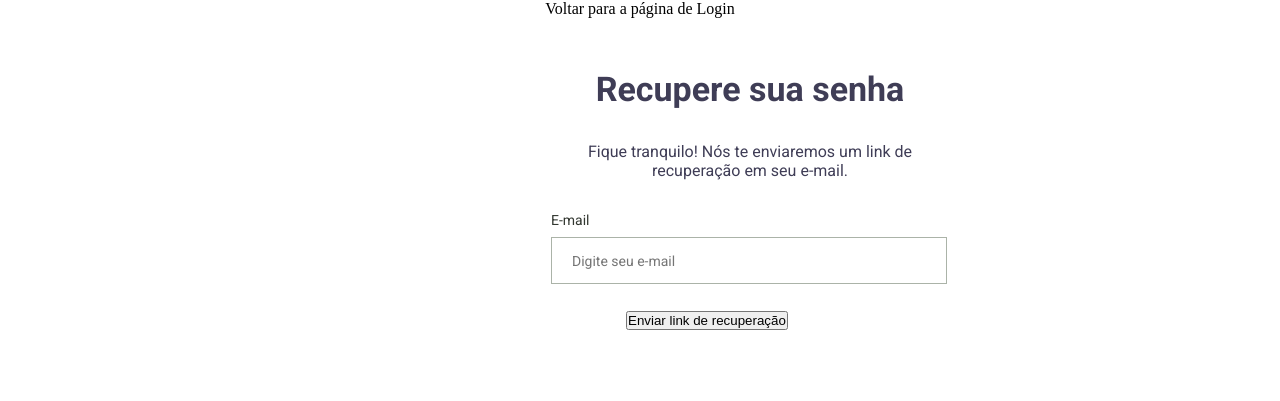
Repository: RenatoCCS/formularios
Page: senha.html
These files come from the project's save history. The page is drawn as it stood at one moment and after the next save; the edit follows.
The browser window is 1280 px wide. The pictures show the whole page.

Above is the page before, as saved 2023-03-27 21:47:38.

### senha.html
<!DOCTYPE html>
<html lang="pt-br">
  <head>
    <meta charset="UTF-8" />
    <meta http-equiv="X-UA-Compatible" content="IE=edge" />
    <meta name="viewport" content="width=device-width, initial-scale=1.0" />
    <link rel="stylesheet" href="style.css" />
    <title>Recupere sua senha</title>
  </head>
  <body class="container">
    <form action="" class="form__Login">
      <div class="form__Senha__Titulo">
        <h1>Recupere sua senha</h1>
      </div>

      <div class="senha__Frase">
        <p>
          Fique tranquilo! Nós te enviaremos um link de recuperação em seu
          e-mail.
        </p>
      </div>

      <div class="senha__Email">
        <label class="senha__Email__Titulo" for="email">E-mail</label>

        <input
          class="senha__Email__Campo"
          id="email"
          type="email"
          name="email"
          placeholder="Digite seu e-mail"
        />
      </div>

      <div class="senha__Botao__Titulo">
        <button class="senha__Botao__Campo" type="submit">
          Enviar link de recuperação
        </button>
      </div>

      <div>
        <p>Voltar para a página de Login</p>
      </div>
    </form>
  </body>
</html>

### style.css
@import url('https://fonts.googleapis.com/css2?family= Roboto :wght@400;500;700 & display=swap');

* {
  margin: 0;
  padding: 0;
}

:root {
  --primeira-cor: #3f3d56;
  --segunda-cor: #323730;
  --terceira-cor: #abb3a8;
  --quarta-cor: #ffffff;
  --quinta-cor: #3f3f40;
  --sexta-cor: #da2a41;

  --fonte-primaria: 'Roboto', sans-serif;
}

.container {
  display: flex;
  justify-content: center;
}

.form__Cadastro__Titulo {
  position: absolute;
  width: 302px;
  height: 43px;
  left: 569px;
  top: 68px;
  color: var(--primeira-cor);
  font-family: var(--fonte-primaria);
  font-style: normal;
  font-weight: 700;
  font-size: 17px; /*o indicado é 37px, mas se manter quebra a linha*/
  line-height: 43px;
  text-align: center;
}

.nome__Cadastro {
  position: absolute;
  width: 396px;
  height: 69px;
  top: 139px;
  left: 522px;
}

.nome__Cadastro__Nomecompleto {
  position: absolute;
  width: 100px;
  height: 24px;
  top: -6px;
  left: 0px;
  color: var(--segunda-cor);
  font-family: var(--fonte-primaria);
  font-style: normal;
  font-weight: 400;
  font-size: 14px;
  line-height: 24px;
}

.nome__Cadastro__Campo {
  position: absolute;
  width: 163px;
  height: 24px;
  top: 34px;
  left: 14px;
  color: var(--terceira-cor);
  font-family: var(--fonte-primaria);
  font-style: normal;
  font-weight: 400;
  font-size: 14px;
  line-height: 24px;
  padding: 12px 219px 11px 14px;
}

.nome__Cadastro__Campo {
  box-sizing: border-box;
  border: 1px solid;
  position: absolute;
  width: 396px;
  height: 47px;
  top: 22px;
  left: 0%;
  right: 0%;
  top: 31.88%;
  bottom: 0%;
  color: var(--terceira-cor);
  background-color: var(--quarta-cor);
}

.data__Cadastro {
  position: absolute;
  width: 170px;
  height: 74px;
  left: 522px;
  top: 232px;
}

.data__Cadastro__Nascimento {
  position: absolute;
  width: 127px;
  height: 18px;
  top: -2px;
  left: 0px;
  color: var(--quinta-cor);
  font-family: var(--fonte-primaria);
  font-style: normal;
  font-weight: 400;
  font-size: 14px;
  line-height: 24px;
  display: flex;
  align-items: center;
}

.data__Cadastro__Calendario {
  position: absolute;
  width: 83px;
  height: 24px;
  top: 12px;
  left: 14px;
  color: var(--terceira-cor);
  font-family: var(--fonte-primaria);
  font-style: normal;
  font-weight: 400;
  font-size: 14px;
  line-height: 24px;
  display: flex;
  align-items: center;
  padding: 12px 0px 11px 14px;
}

.data__Cadastro__Calendario {
  box-sizing: border-box;
  border: 1px solid;
  position: absolute;
  width: 170px;
  height: 47px;
  top: 22px;
  left: 0%;
  right: 0%;
  top: 31.88%;
  bottom: 0%;
  color: var(--terceira-cor);
  background-color: var(--quarta-cor);
}

.pais__Cadastro {
  position: absolute;
  width: 208px;
  height: 69px;
  top: 230px;
  left: 710px;
}

.pais__Cadastro__Pais {
  position: absolute;
  width: 34px;
  height: 15px;
  top: -2px;
  left: 0px;
  color: var(--segunda-cor);
  font-family: var(--fonte-primaria);
  font-style: normal;
  font-weight: 400;
  font-size: 14px;
  line-height: 24px;
}

.pais__Cadastro__Vermelho {
  position: absolute;
  width: 34px;
  height: 15px;
  top: -2px;
  left: 30px;
  color: var(--sexta-cor);
  font-family: var(--fonte-primaria);
  font-style: normal;
  font-weight: 400;
  font-size: 14px;
  line-height: 24px;
}

.pais__Cadastro__Campo {
  position: absolute;
  width: 66px;
  height: 24px;
  top: 34px;
  left: 14px;
  color: var(--terceira-cor);
  font-family: var(--fonte-primaria);
  font-style: normal;
  font-weight: 400;
  font-size: 14px;
  line-height: 24px;
  padding: 12px 11px 14px;
}

.pais__Cadastro__Campo {
  box-sizing: border-box;
  border: 1px solid;
  position: absolute;
  width: 208px;
  height: 47px;
  top: 24px;
  left: 0%;
  right: 0%;
  top: 31, 88%;
  bottom: 0%;
  color: var(--terceira-cor);
  background-color: var(--quarta-cor);
}

.pais__Cadastro__Campo option {
  position: absolute;
  color: var(--segunda-cor);
  font-family: var(--fonte-primaria);
  font-style: normal;
  font-weight: 400;
  font-size: 14px;
  line-height: 16px;
}

.pais__Cadastro__Seta {
  position: absolute;
  width: 12px;
  height: 6px;
  top: 45px;
  left: 193px;
}

.genero__Cadastro {
  position: absolute;
  width: 386px;
  height: 50px;
  top: 328px;
  left: 522px;
}

.genero__Cadastro__Titulo {
  position: absolute;
  width: 49px;
  height: 24px;
  top: -2px;
  left: 0px;
  color: var(--segunda-cor);
  font-family: var(--fonte-primaria);
  font-style: normal;
  font-weight: 400;
  font-size: 14px;
  line-height: 24px;
}

.genero__Cadastro__Botao1 {
  position: absolute;
  box-sizing: border-box;
  width: 18px;
  height: 18px;
  top: 32px;
  left: 0px;
}

.genero__Cadastro__Feminino {
  position: absolute;
  width: 58px;
  height: 16px;
  top: 32px;
  left: 24px;
  color: var(--segunda-cor);
  font-family: var(--fonte-primaria);
  font-style: normal;
  font-weight: 400;
  font-size: 14px;
  line-height: 16px;
}

.genero__Cadastro__Botao2 {
  position: absolute;
  box-sizing: border-box;
  width: 18px;
  height: 18px;
  top: 32px;
  left: 137px;
}

.genero__Cadastro__Masculino {
  position: absolute;
  width: 65px;
  height: 16px;
  top: 32px;
  left: 161px;
  color: var(--segunda-cor);
  font-family: var(--fonte-primaria);
  font-style: normal;
  font-weight: 400;
  font-size: 14px;
  line-height: 16px;
}

.genero__Cadastro__Botao3 {
  position: absolute;
  box-sizing: border-box;
  width: 18px;
  height: 18px;
  top: 32px;
  left: 282px;
}

.genero__Cadastro__Naodeclarar {
  position: absolute;
  width: 81px;
  height: 16px;
  top: 32px;
  left: 306px;
  color: var(--segunda-cor);
  font-family: var(--fonte-primaria);
  font-style: normal;
  font-weight: 400;
  font-size: 14px;
  line-height: 16px;
}

.email__Cadastro {
  position: absolute;
  width: 396px;
  height: 69px;
  top: 406px;
  left: 522px;
}

.email__Cadastro__Titulo {
  position: absolute;
  width: 40px;
  height: 24px;
  top: -4px;
  left: 0px;
  color: var(--segunda-cor);
  font-family: var(--fonte-primaria);
  font-style: normal;
  font-weight: 400;
  font-size: 14px;
  line-height: 24px;
}

.email__Cadastro__Campo {
  position: absolute;
  width: 104px;
  height: 24px;
  top: 34px;
  left: 14px;
  color: var(--terceira-cor);
  font-family: var(--fonte-primaria);
  font-style: normal;
  font-weight: 400;
  font-size: 14px;
  line-height: 24px;
  padding: 12px 270px 11px 14px;
}

.email__Cadastro__Campo {
  box-sizing: border-box;
  border: 1px solid;
  position: absolute;
  width: 396px;
  height: 47px;
  top: 22px;
  left: 0%;
  right: 0%;
  top: 31.88%;
  bottom: 0%;
  color: var(--terceira-cor);
  background-color: var(--quarta-cor);
}

.senha__Cadastro {
  position: absolute;
  width: 396px;
  height: 75px;
  top: 497px;
  left: 522px;
}

.senha__Cadastro__Titulo {
  position: absolute;
  width: 39px;
  height: 24px;
  top: -4px;
  left: 0px;
  color: var(--segunda-cor);
  font-family: var(--fonte-primaria);
  font-style: normal;
  font-weight: 400;
  font-size: 14px;
  line-height: 24px;
}

.senha__Cadastro__Campo {
  position: absolute;
  width: 97px;
  height: 24px;
  top: 34px;
  left: 14px;
  color: var(--terceira-cor);
  font-family: var(--fonte-primaria);
  font-style: normal;
  font-weight: 400;
  font-size: 14px;
  line-height: 24px;
  padding: 12px 278px 11px 14px;
}

.senha__Cadastro__Campo {
  box-sizing: border-box;
  border: 1px solid;
  position: absolute;
  width: 396px;
  height: 47px;
  top: 22px;
  left: 0%;
  right: 0%;
  top: 31.88%;
  bottom: 0%;
  color: var(--terceira-cor);
  background-color: var(--quarta-cor);
}

.confirma__Cadastro {
  position: absolute;
  width: 396px;
  height: 75px;
  top: 594px;
  left: 522px;
}

.confirma__Cadastro__Titulo {
  position: absolute;
  width: 126px;
  height: 24px;
  top: -4px;
  left: 0px;
  color: var(--segunda-cor);
  font-family: var(--fonte-primaria);
  font-style: normal;
  font-weight: 400;
  font-size: 14px;
  line-height: 24px;
}

.confirma__Cadastro__Campo {
  position: absolute;
  width: 104px;
  height: 24px;
  top: 34px;
  left: 14px;
  color: var(--terceira-cor);
  font-family: var(--fonte-primaria);
  font-style: normal;
  font-weight: 400;
  font-size: 14px;
  line-height: 24px;
  padding: 12px 276px 11px 14px;
}

.confirma__Cadastro__Campo {
  box-sizing: border-box;
  border: 1px solid;
  position: absolute;
  width: 396px;
  height: 47px;
  top: 22px;
  left: 0%;
  right: 0%;
  top: 31.88%;
  bottom: 0%;
  color: var(--terceira-cor);
  background-color: var(--quarta-cor);
}

.termo__Cadastro {
  position: absolute;
  width: 396px;
  height: 34px;
  top: 697px;
  left: 522px;
}

.termo__Cadastro__Botao {
  position: absolute;
  width: 18px;
  height: 18px;
  top: 0px;
  left: 0px;
  color: var(--segunda-cor);
  font-family: var(--fonte-primaria);
  font-style: normal;
  font-weight: 400;
  font-size: 14px;
  line-height: 24px;
}

.termo__Cadastro__Texto {
  position: absolute;
  width: 368px;
  height: 34px;
  top: -3px;
  left: 30px;
  color: var(--segunda-cor);
  font-family: var(--fonte-primaria);
  font-style: normal;
  font-weight: 400;
  font-size: 14px;
  line-height: 130%;
}

.botao__Cadastro {
  position: absolute;
  width: 396px;
  height: 47px;
  top: 759px;
  left: 522px;
}

.botao__Cadastro__Cadastrar {
  box-sizing: border-box;
  border: 1px solid;
  border-radius: 5px;
  position: absolute;
  width: 396px;
  height: 47px;
  top: 0px;
  background-color: var(--primeira-cor);
}

.botao__Cadastro__Cadastrar {
  color: var(--quarta-cor);
  font-family: var(--fonte-primaria);
  font-style: normal;
  font-weight: 500;
  font-size: 16px;
  line-height: 19px;
  text-align: center;
}

.pergunta__Cadastro {
  position: absolute;
  width: 300px;
  height: 16px;
  top: 834px;
  left: 572px;
  color: var(--segunda-cor);
  font-family: var(--fonte-primaria);
  font-style: normal;
  font-weight: 400;
  font-size: 14px;
  line-height: 16px;
}

/*Inicio da parte Login*/

.form__Login__Titulo {
  position: absolute;
  width: 300px; /*O indicado era 240*/
  height: 43px;
  top: 68px;
  left: 601px;
  color: var(--primeira-cor);
  font-family: var(--fonte-primaria);
  font-style: normal;
  font-weight: 700;
  font-size: 37px;
  line-height: 43px;
  text-align: center;
}

.email__Login {
  position: absolute;
  width: 515px;
  height: 69px;
  top: 142px;
  left: 480px;
}

.email__Login__Titulo {
  position: absolute;
  width: 478px;
  height: 16px;
  top: 0px;
  left: 0px;
  color: var(--segunda-cor);
  font-family: var(--fonte-primaria);
  font-style: normal;
  font-weight: 400;
  font-size: 14px;
  line-height: 16px;
}

.email__Login__Campo {
  position: absolute;
  width: 104px;
  height: 16px;
  top: 38px;
  left: 17px;
  color: var(--terceira-cor);
  font-family: var(--fonte-primaria);
  font-style: normal;
  font-weight: 400;
  font-size: 14px;
  line-height: 16px;
  padding: 16px 390px 15px 17px;
}

.email__Login__Campo {
  box-sizing: border-box;
  border: 1px solid;
  position: absolute;
  width: 515px;
  height: 47px;
  top: 22px;
  left: 0%;
  right: 0%;
  top: 31.88%;
  bottom: 0%;
  color: var(--terceira-cor);
  background-color: var(--quarta-cor);
}

.senha__Login {
  position: absolute;
  width: 515px;
  height: 69px;
  top: 250px;
  left: 480px;
}

.senha__Login__Titulo {
  position: absolute;
  width: 39px;
  height: 16px;
  top: 0px;
  left: 0px;
  color: var(--segunda-cor);
  font-family: var(--fonte-primaria);
  font-style: normal;
  font-weight: 400;
  font-size: 14px;
  line-height: 16px;
}

.senha__Login__Campo {
  position: absolute;
  width: 97px;
  height: 16px;
  top: 288px;
  left: 480px;
  color: var(--terceira-cor);
  font-family: var(--fonte-primaria);
  font-style: normal;
  font-weight: 400;
  font-size: 14px;
  line-height: 16px;
  padding: 16px 390px 15px 17px;
}

.senha__Login__Campo {
  box-sizing: border-box;
  border: 1px solid;
  position: absolute;
  width: 515px;
  height: 47px;
  top: 22px;
  left: 0%;
  right: 0%;
  top: 31.88%;
  bottom: 0%;
  color: var(--terceira-cor);
  background-color: var(--quarta-cor);
}

.conectado__Login__Botao {
  position: absolute;
  width: 18px;
  height: 18px;
  top: 345px;
  left: 480px;
}

.conectado__Login__Texto {
  position: absolute;
  width: 165px;
  height: 16px;
  top: 346px;
  left: 510px;
  color: var(--segunda-cor);
  font-family: var(--fonte-primaria);
  font-style: normal;
  font-weight: 400;
  font-size: 14px;
  line-height: 16px;
}

.conectado__Login__Senha {
  position: absolute;
  width: 150px;
  height: 16px;
  top: 346px;
  left: 844px;
  color: var();
  font-family: var(--fonte-primaria);
  font-style: normal;
  font-weight: 400;
  font-size: 14px;
  line-height: 16px;
}

.botao__Login {
  position: absolute;
  width: 514px;
  height: 47px;
  top: 393px;
  left: 480px;
}

.botao__Entrar__Login {
  position: absolute;
  width: 43px;
  height: 19px;
  top: 14px;
  left: 236px;
  color: var(--quarta-cor);
  font-family: var(--fonte-primaria);
  font-style: normal;
  font-weight: 500;
  font-size: 16px;
  line-height: 19px;
}

.botao__Entrar__Login {
  box-sizing: border-box;
  border: 1px solid;
  position: absolute;
  width: 514px;
  height: 47px;
  top: 22px;
  left: 0%;
  right: 0%;
  top: 0%;
  bottom: 0%;
  color: var(--quarta-cor);
  background-color: var(--primeira-cor);
}

.semConta__Login____Frase {
  position: absolute;
  width: 255px;
  height: 16px;
  top: 472px;
  left: 596px;
  color: var(--segunda-cor);
  font-family: var(--fonte-primaria);
  font-style: normal;
  font-weight: 400;
  font-size: 14px;
  line-height: 16px;
}

/*Inicio da parte de recupere a senha*/

.form__Senha__Titulo {
  position: absolute;
  width: 396px;
  height: 43px;
  top: 68px;
  left: 552px;
  color: var(--primeira-cor);
  font-family: var(--fonte-primaria);
  font-style: normal;
  font-weight: 700;
  font-size: 17px;
  line-height: 43px;
  text-align: center;
}

.senha__Frase {
  position: absolute;
  width: 396px;
  height: 38px;
  top: 142px;
  left: 552px;
  color: var(--primeira-cor);
  font-family: var(--fonte-primaria);
  font-style: normal;
  font-weight: 400;
  font-size: 16px;
  line-height: 19px;
  text-align: center;
}

.senha__Email {
  position: absolute;
  width: 396px;
  height: 69px;
  top: 215px;
  left: 551px;
}

.senha__Email__Titulo {
  position: absolute;
  width: 40px;
  height: 20px;
  top: -7px;
  left: 0px;
  color: var(--segunda-cor);
  font-family: var(--fonte-primaria);
  font-style: normal;
  font-weight: 400;
  font-size: 14px;
  line-height: 24px;
}

.senha__Email__Campo {
  position: absolute;
  width: 104px;
  height: 24px;
  top: 34px;
  left: 20px;
  color: var(--terceira-cor);
  font-family: var(--fonte-primaria);
  font-style: normal;
  font-weight: 400;
  font-size: 14px;
  line-height: 24px;
  padding: 12px 268px 11px 20px;
}

.senha__Email__Campo {
  box-sizing: border-box;
  border: 1px solid;
  position: absolute;
  width: 396px;
  height: 47px;
  top: 22px;
  left: 0%;
  right: 0%;
  top: 31.88%;
  bottom: 0%;
  color: var(--terceira-cor);
  background-color: var(--quarta-cor);
}

.senha__Botao__Titulo {
  position: absolute;
  width: 189px;
  height: 19px;
  top: 308px;
  left: 626px;
  color: var(--terceira-cor);
  font-family: var(--fonte-primaria);
  font-style: normal;
  font-weight: 500;
  font-size: 14px;
  line-height: 24px;
}

After the next save:
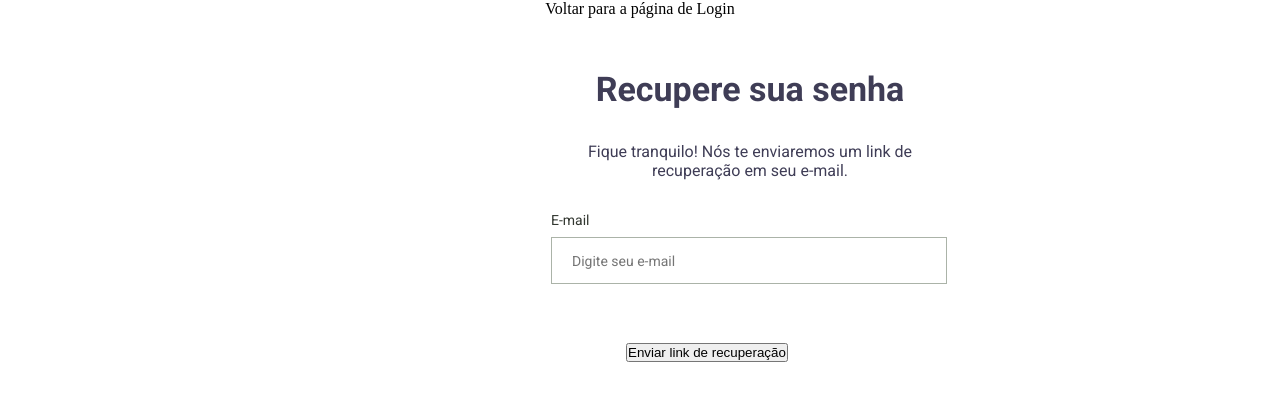
Saved 10 s later.
--- a/style.css
+++ b/style.css
@@ -856,6 +856,6 @@
   font-family: var(--fonte-primaria);
   font-style: normal;
   font-weight: 500;
-  font-size: 14px;
-  line-height: 24px;
-}
+  font-size: 116px;
+  line-height: 19px;
+}
